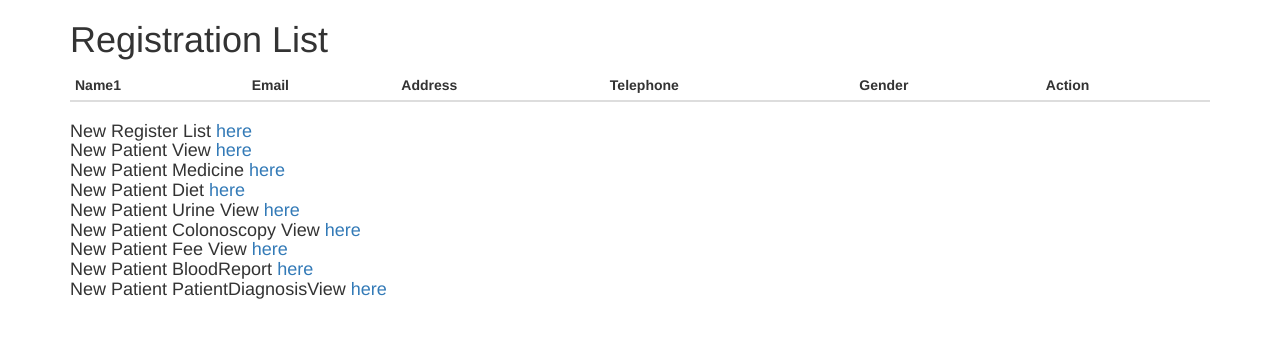
Repository: SACHINnANYAKKARA/2nd_Year_final_Project
Page: http://localhost/SpringMVCHibernateCRUD/WEB-INF/pages/home.jsp
The author's editor kept a copy of each file at every save. The page is drawn from the files as they stood at one save, then again after the next save.
The browser window is 1280 px wide. The pictures show the whole page.
The page is served by Tomcat 9. Nobody is signed in. Other server files are loaded and not shown. The template is opened directly, without the code that normally fills it, so the values that code supplies are empty.

Above is the page before, as saved 2018-04-02 07:49:49.

### SpringMVCHibernateCRUD/src/main/webapp/WEB-INF/pages/home.jsp
<%@page contentType="text/html" pageEncoding="UTF-8"%>
<!DOCTYPE HTML PUBLIC "-//W3C//DTD HTML 4.01 Transitional//EN"
   "http://www.w3.org/TR/html4/loose.dtd">
<%@ taglib uri="http://java.sun.com/jsp/jstl/core" prefix="c" %>

<html>
<head>
<meta http-equiv="Content-Type" content="text/html; charset=UTF-8">
<meta charset="utf-8">
  <meta name="viewport" content="width=device-width, initial-scale=1">
  <link rel="stylesheet" href="https://maxcdn.bootstrapcdn.com/bootstrap/3.3.7/css/bootstrap.min.css">
  <script src="https://ajax.googleapis.com/ajax/libs/jquery/3.3.1/jquery.min.js"></script>
  <script src="https://maxcdn.bootstrapcdn.com/bootstrap/3.3.7/js/bootstrap.min.js"></script>
<title>Employee Management Screen</title>
</head>
<body>
	<div class="container">
		<h1>Registration List</h1>

		 <table class="table table-condensed">
    <thead>
          <tr>
			<th>Name1</th>
			<th>Email</th>
			<th>Address</th>
			<th>Telephone</th>
			<th>Gender</th>
			<th>Action</th>
           </tr>
          </thead>

           <tbody>
			<c:forEach var="stock" items="${listStock}">
				<tr>

					<td>${stock.full_name}</td>
					<td>${stock.email}</td>
					<td>${stock.address}</td>
					<td>${stock.telephone}</td>
					<td>${stock.gender}</td>
					<td><a href="editStock?ids=${stock.ids}">Edit</a>
						 <a
						href="deleteStock?ids=${stock.ids}">Delete</a></td>

				</tr>
			</c:forEach>
             </tbody>
		</table>
		<h4>
			New Register List <a href="newStock">here</a>
			</br>
			New Patient View <a href="PatientsView">here</a>
		    </br>
		    New Patient Medicine <a href="PatientsMedicines">here</a>
		   <br>
		   New Patient Diet <a href="DietView">here</a>
		   <br>
		    New Patient Urine View <a href="UrineView">here</a>
			<br>
			New Patient Colonoscopy  View <a href="ColonoscopyView">here</a>
			<br>
			New Patient Fee View <a href="PatientFeeView">here</a>
			<br>
			New Patient BloodReport <a href="BloodReportView">here</a>
			<br>
			New Patient PatientDiagnosisView <a href="PatientDiagnosisView">here</a>



		</h4>
	</div>
</body>
</html>

After the next save:
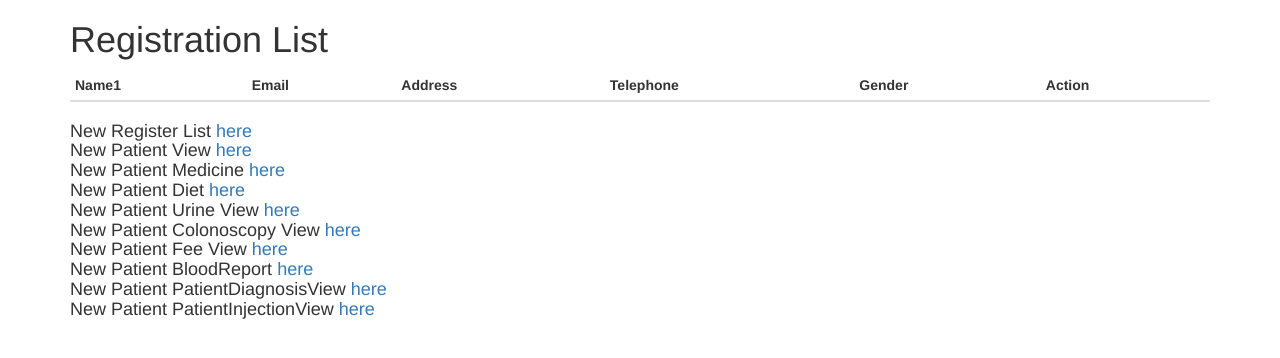
Saved 61 min 34 s later.
--- a/SpringMVCHibernateCRUD/src/main/webapp/WEB-INF/pages/home.jsp
+++ b/SpringMVCHibernateCRUD/src/main/webapp/WEB-INF/pages/home.jsp
@@ -64,6 +64,9 @@
 			New Patient BloodReport <a href="BloodReportView">here</a>
 			<br>
 			New Patient PatientDiagnosisView <a href="PatientDiagnosisView">here</a>
+			<br>
+			New Patient PatientInjectionView <a href="PatientInjectionView">here</a>
+
 
 
 
